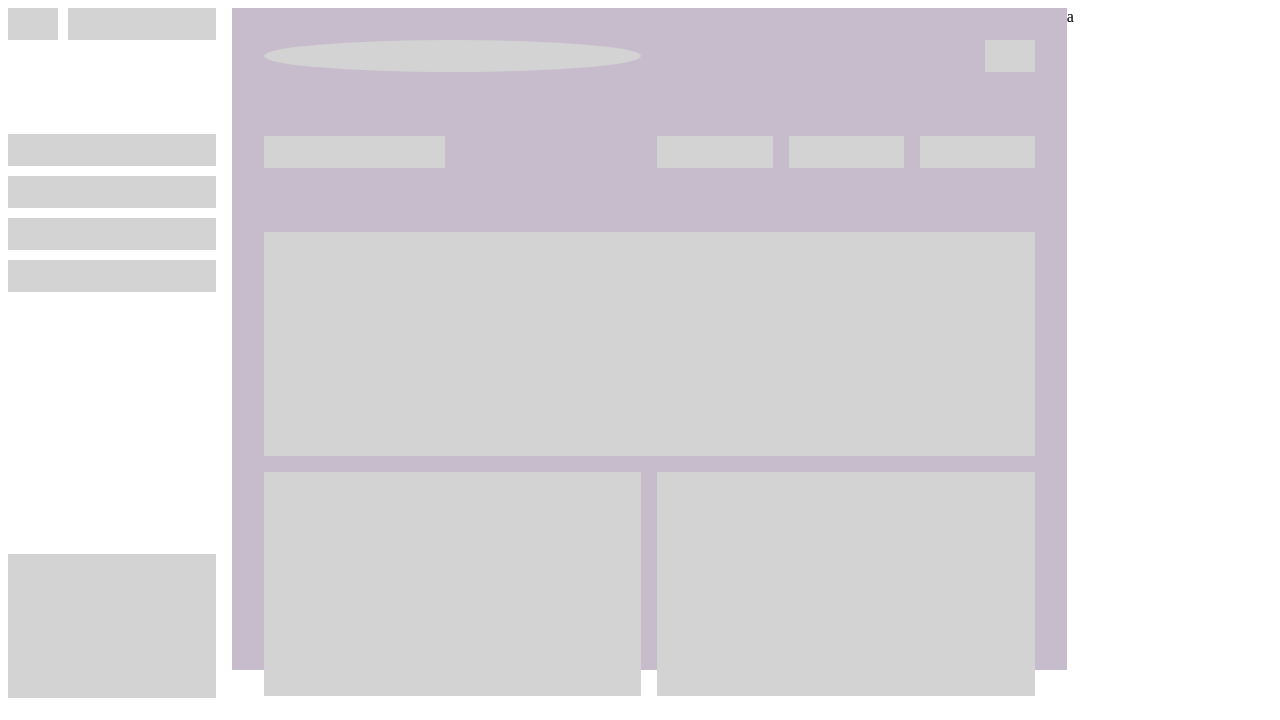
Repository: tr2cky/exercise2
Page: index.html
An editor plug-in stored every save of this project. The page is shown before and after the next save, followed by the edit.
The browser window is 1280 px wide. The pictures show the whole page.

Above is the page before, as saved 2022-10-01 12:09:38.

After the next save:
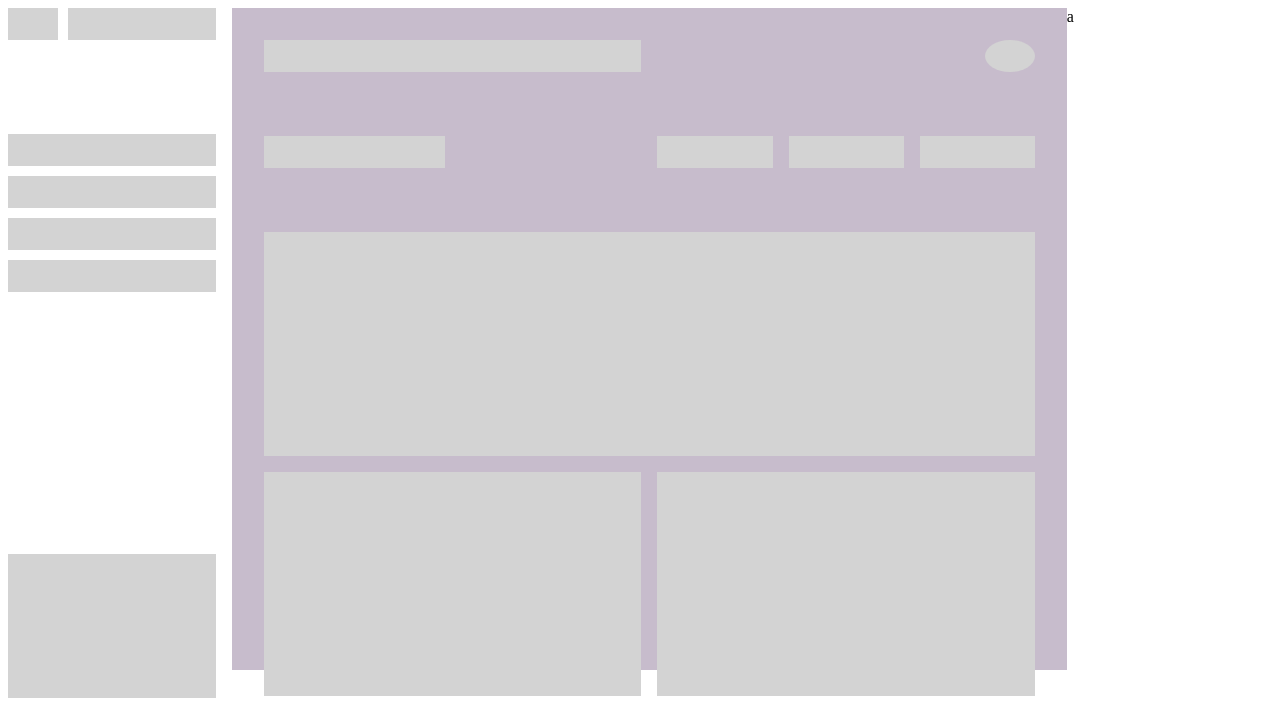
Saved 20 s later.
--- a/style.css
+++ b/style.css
@@ -67,11 +67,11 @@ main div,
 
 #boxa {
     grid-column: 1/7;
-    border-radius: 50%;
 }
 
 #boxb {
     grid-column: 12;
+    border-radius: 50%;
 }
 
 #boxc {
